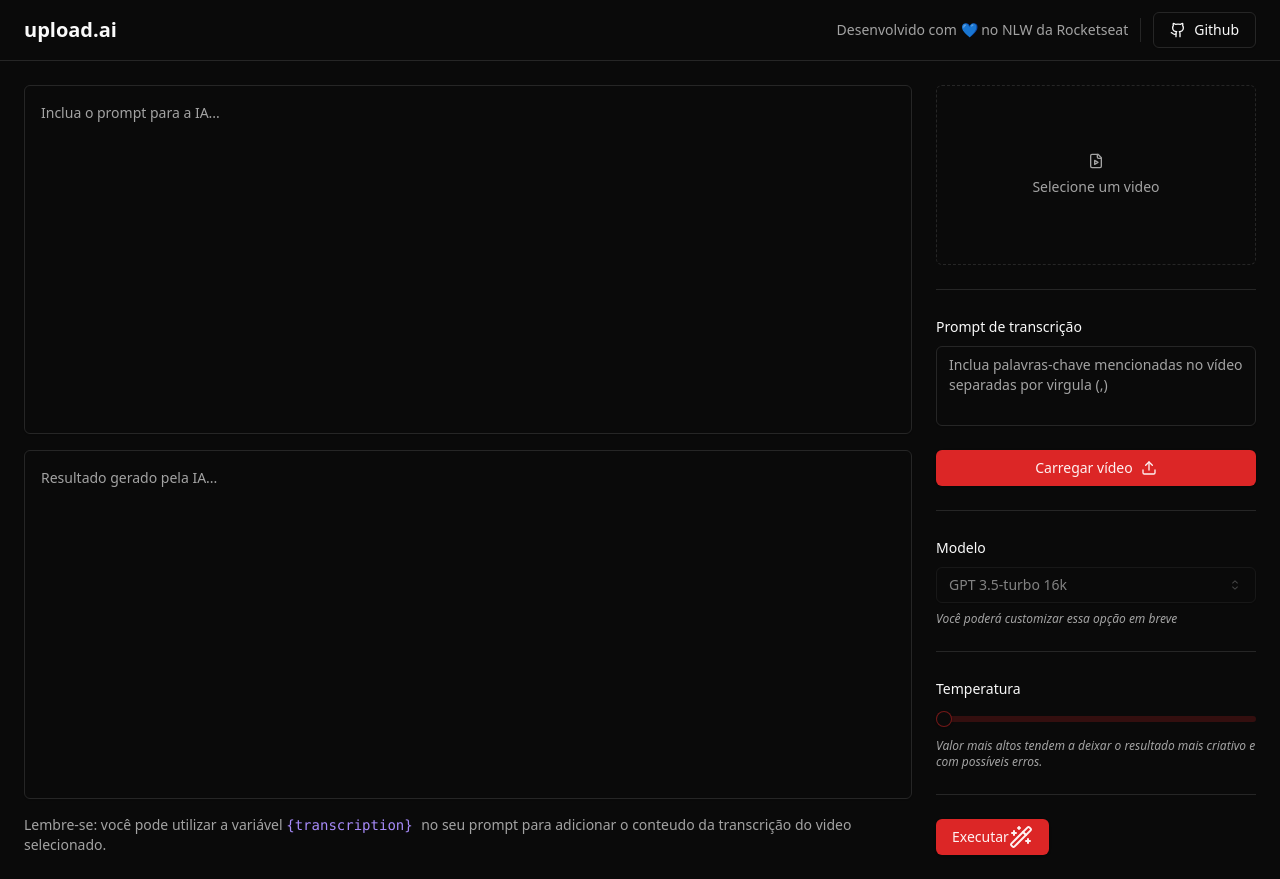
Repository: ricardolimati/upload-ai-web
Page: /
An editor plug-in stored every save of this project. The page is shown before and after a run of saves, followed by the edit.
The browser window is 1280 px wide. The pictures show the whole page.
The project was rebuilt for these pictures with package versions that can differ from the ones it lists, and the page was loaded fresh each time. Also part of the build but not shown: vite.config.ts.

Above is the page before, as saved 2023-09-12 00:33:00.

After the next 3 saves:
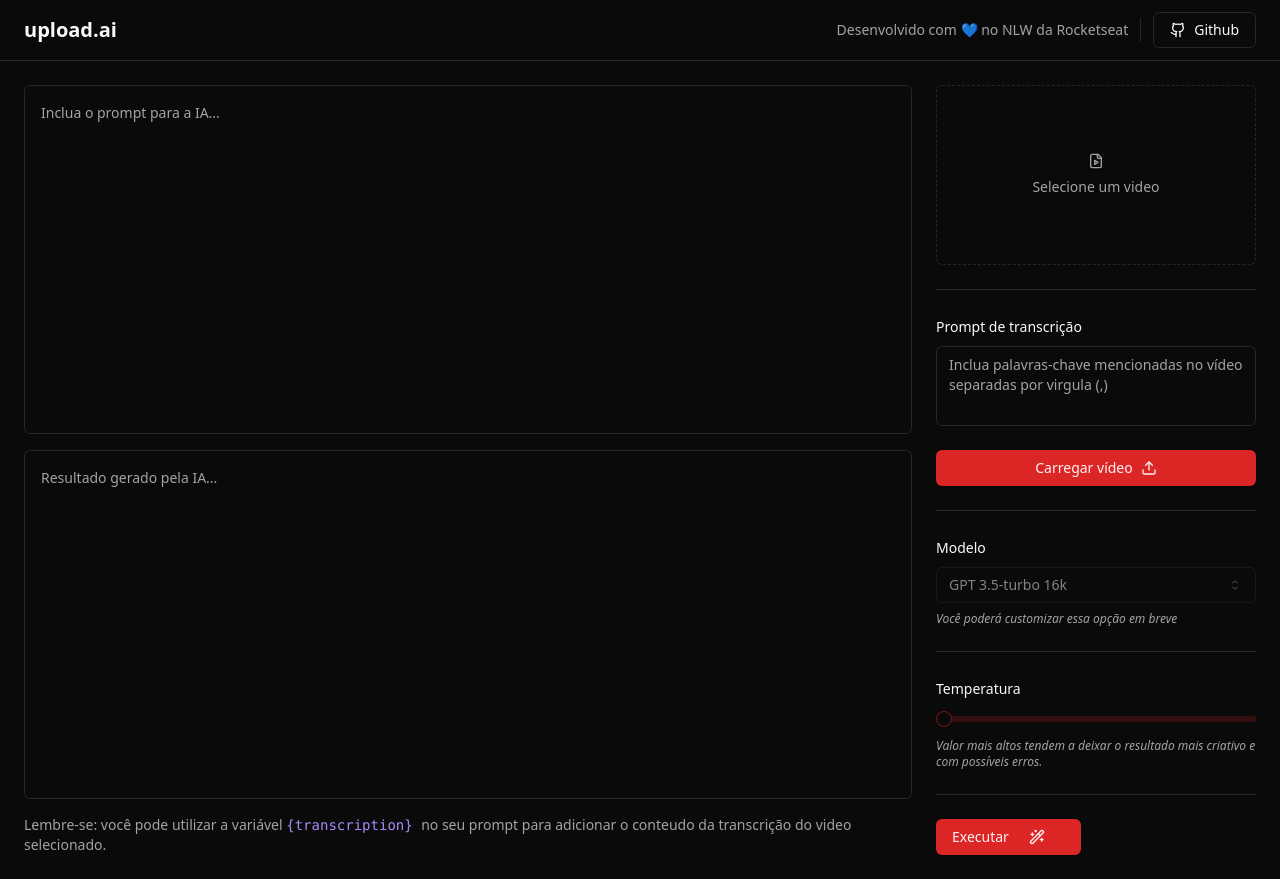
The 3 saves are shown as one change because they came seconds apart.
The last was saved 10 s later.
--- a/src/App.tsx
+++ b/src/App.tsx
@@ -101,7 +101,7 @@ export function App() {
 
           <Button type="submit">
             Executar
-            <Wand2  className=""/>
+            <Wand2  className="m-4 h-4"/>
           </Button>
 
         </form>
